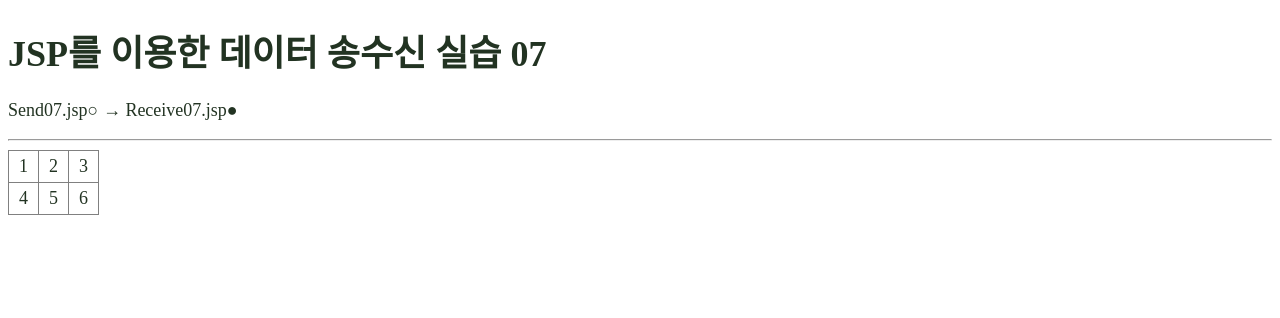
Repository: god5228god/Jsp
Page: http://localhost/WebApp06/Receive07.jsp
The author's editor kept a copy of each file at every save. The page is drawn from the files as they stood at one save, then again after the next save.
The browser window is 1280 px wide. The pictures show the whole page.
The page is served by Tomcat 9.

Above is the page before, as saved 2026-03-03 05:09:00.

### WebApp06/WebContent/Receive07.jsp
<%@ page contentType="text/html; charset=UTF-8"%>
<%

	String num1Str = request.getParameter("su1");
	String num2Str = request.getParameter("su2");

	try
	{

	}catch(Exception e)
	{
		System.out.println(e.toString());


	}

%>
<!DOCTYPE html>
<html>
<head>
<meta charset="UTF-8">
<title>Receive07.jsp</title>
<link rel="stylesheet" type="text/css" href="css/main.css" />
<style type="text/css">
table{border-collapse: collapse;}
td{padding: 5px 10px;}
</style>
</head>
<body>
<div>
	<h1>JSP를 이용한 데이터 송수신 실습 07</h1>
	<p>Send07.jsp○ → Receive07.jsp●</p>
	<hr />
</div>
<div>
	<table border="1">
		<tr>
			<td>1</td>
			<td>2</td>
			<td>3</td>
		</tr>
		<tr>
			<td>4</td>
			<td>5</td>
			<td>6</td>
		</tr>
	</table>
</div>
</body>
</html>

### WebApp06/WebContent/css/main.css
@charset "UTF-8";

*
{
	color: #223322;
	font-family: 나눔고딕코딩;
}

body, p, div, span, input, table, th, td, select
{
	font-size: 18px;
}

.control
{
	border: 1px solid gray;
	border-radius: 3px ;
}

.table
{
	border-collapse: collapse;
	width: 100%;
}

.table th, .table td
{
	border: 1px solid gray;
	border-left: 0;
	border-right: 0;
	padding: 3px;
	line-height: 150%;
}

.table th
{
	font-weight: bold;
	background-color: #eee;
}

.btn
{
	font-weight: bold;
	font-family: 맑은 고딕;

}

.btn:hover
{
	color: #fff;
	background-color: #778877;
}
input[type="text"]:focus
{
	background-color: #dcfccf;
}

After the next save:
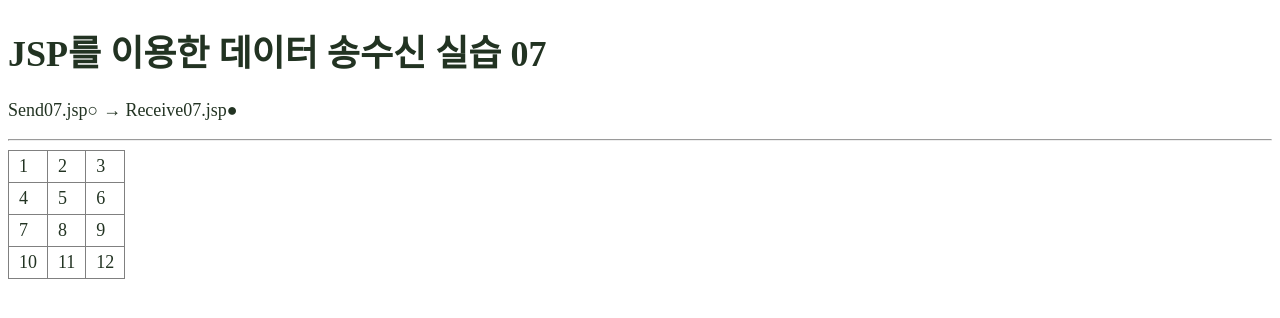
Saved 24 s later.
--- a/WebApp06/WebContent/Receive07.jsp
+++ b/WebApp06/WebContent/Receive07.jsp
@@ -6,6 +6,7 @@
 
 	try
 	{
+
 
 	}catch(Exception e)
 	{
@@ -44,6 +45,16 @@ td{padding: 5px 10px;}
 			<td>5</td>
 			<td>6</td>
 		</tr>
+		<tr>
+			<td>7</td>
+			<td>8</td>
+			<td>9</td>
+		</tr>
+		<tr>
+			<td>10</td>
+			<td>11</td>
+			<td>12</td>
+		</tr>
 	</table>
 </div>
 </body>
